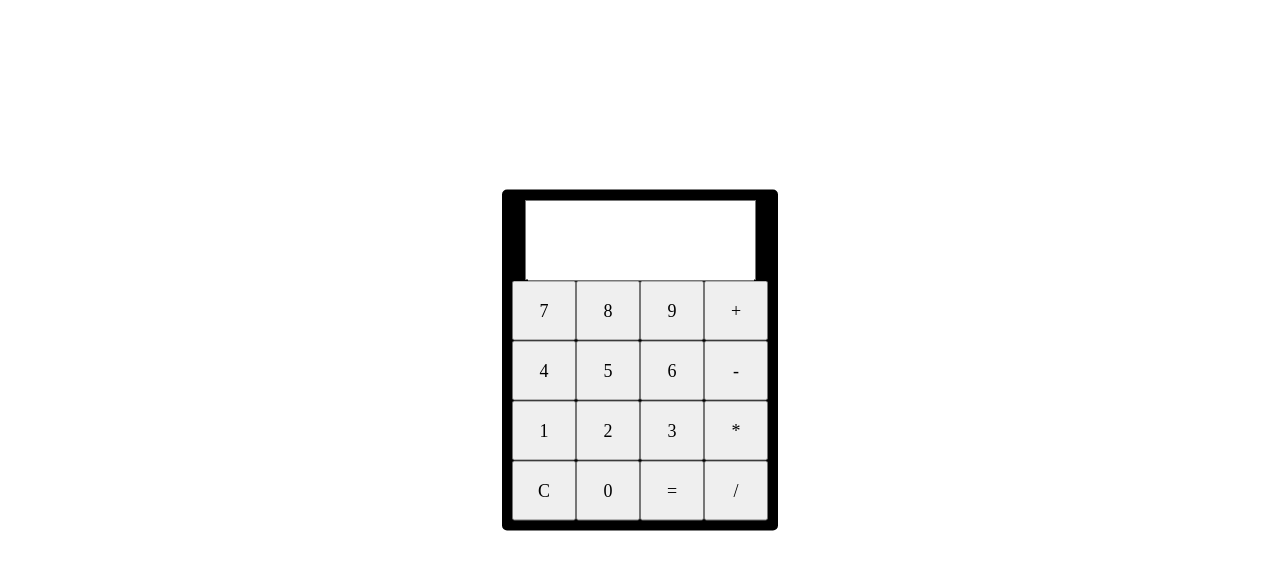
Repository: rajratangm/xcalculator
Page: /
These files come from the project's save history. The page is drawn as it stood at one moment and after a run of saves; the edit follows.
The browser window is 1280 px wide. The pictures show the whole page.
The project was rebuilt for these pictures with package versions that can differ from the ones it lists, and the page was loaded fresh each time. Also part of the build but not shown: vite.config.js.

Above is the page before, as saved 2024-04-03 11:08:33.

After the next 4 saves:
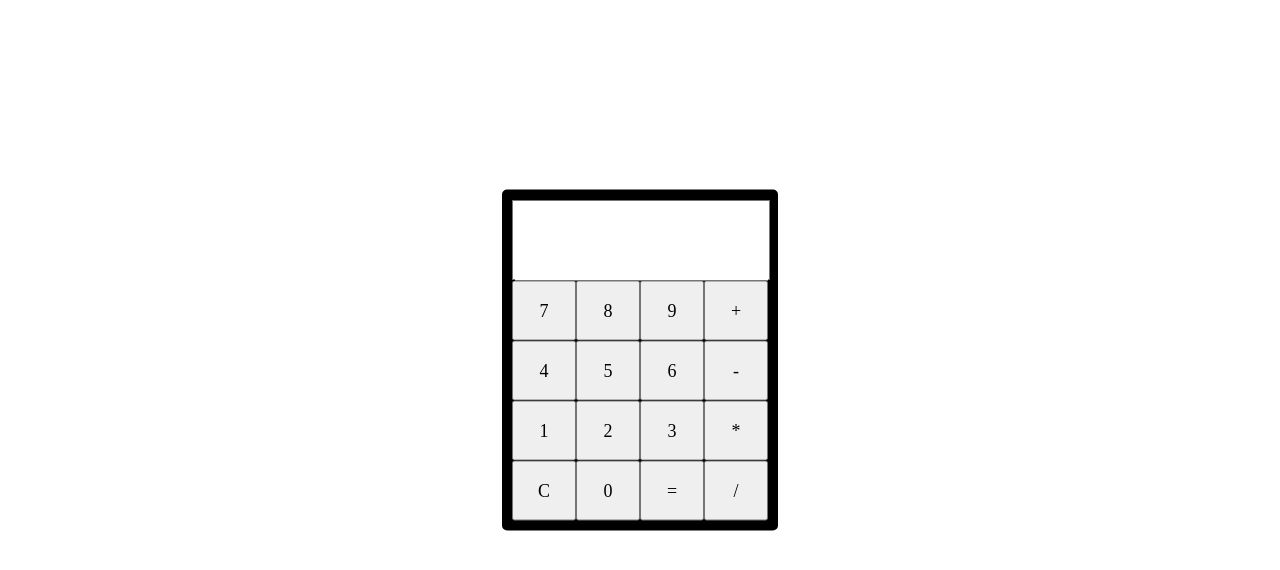
The 4 saves are shown as one change because they came seconds apart.
The last was saved 13 s later.
--- a/src/App.css
+++ b/src/App.css
@@ -33,6 +33,7 @@ body{
 
 input[type='text']{
   height: 75px;
+  width: 250px;
 
 
 }
